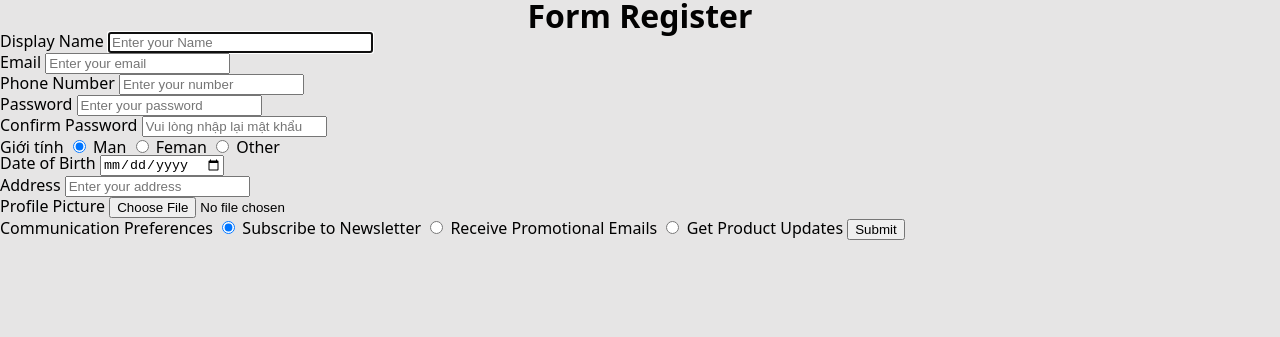
Repository: lannguyen1301/f8-zoom-day-4
Page: form.html
An editor plug-in stored every save of this project. The page is shown before and after the next save, followed by the edit.
The browser window is 1280 px wide. The pictures show the whole page.

Above is the page before, as saved 2025-04-19 22:37:01.

After the next save:
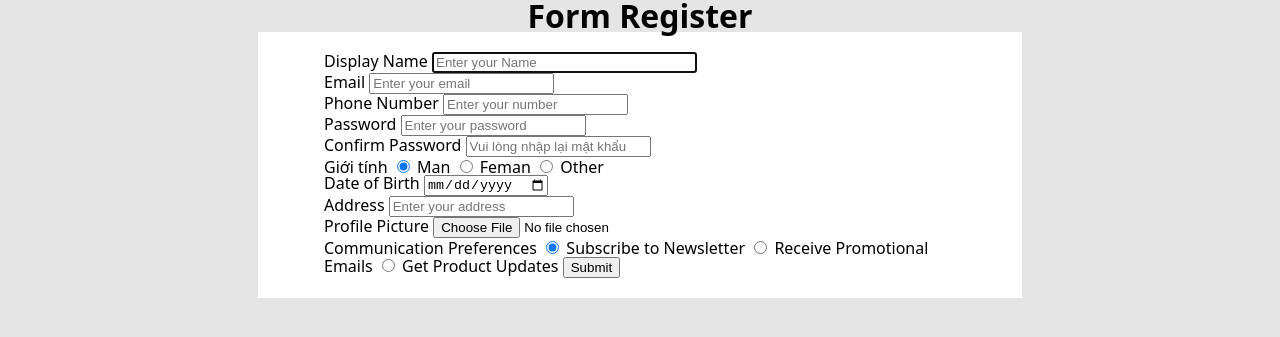
Saved 18 s later.
--- a/form.html
+++ b/form.html
@@ -12,7 +12,7 @@
 
 <body>
     <h1 class="title-desc">Form Register</h1>
-    <div class="|">
+    <div class="content">
         <form action="https://api-gateway.fullstack.edu.vn/action_page.php" method="post" autocomplete="off">
             <div class="form-group">
                 <label for="name">Display Name</label>
@@ -22,8 +22,8 @@
             <div class="form-group">
                 <label for="email">Email</label>
                 <input type="email" name="email" id="email" placeholder="Enter your email" required
-                    pattern="[a-z0-9._%+-]+@[a-z0-9.-]+\.[a-z]{2,}$" autocomplete="on" spellcheck="false" inputmode="email"
-                    onchange="alert('Email của bạn đã thay đổi!')">
+                    pattern="[a-z0-9._%+-]+@[a-z0-9.-]+\.[a-z]{2,}$" autocomplete="on" spellcheck="false"
+                    inputmode="email" onchange="alert('Email của bạn đã thay đổi!')">
             </div>
             <div class="form-group">
                 <label for="phone">Phone Number</label>
@@ -54,7 +54,8 @@
             </div>
             <div class="form-group">
                 <label for="birthday">Date of Birth</label>
-                <input type="date" name="birthday" id="birthday" required autocomplete="bday-day" min="1900-01-01" max="">
+                <input type="date" name="birthday" id="birthday" required autocomplete="bday-day" min="1900-01-01"
+                    max="">
             </div>
             <div class="form-group">
                 <label for="address">Address</label>
